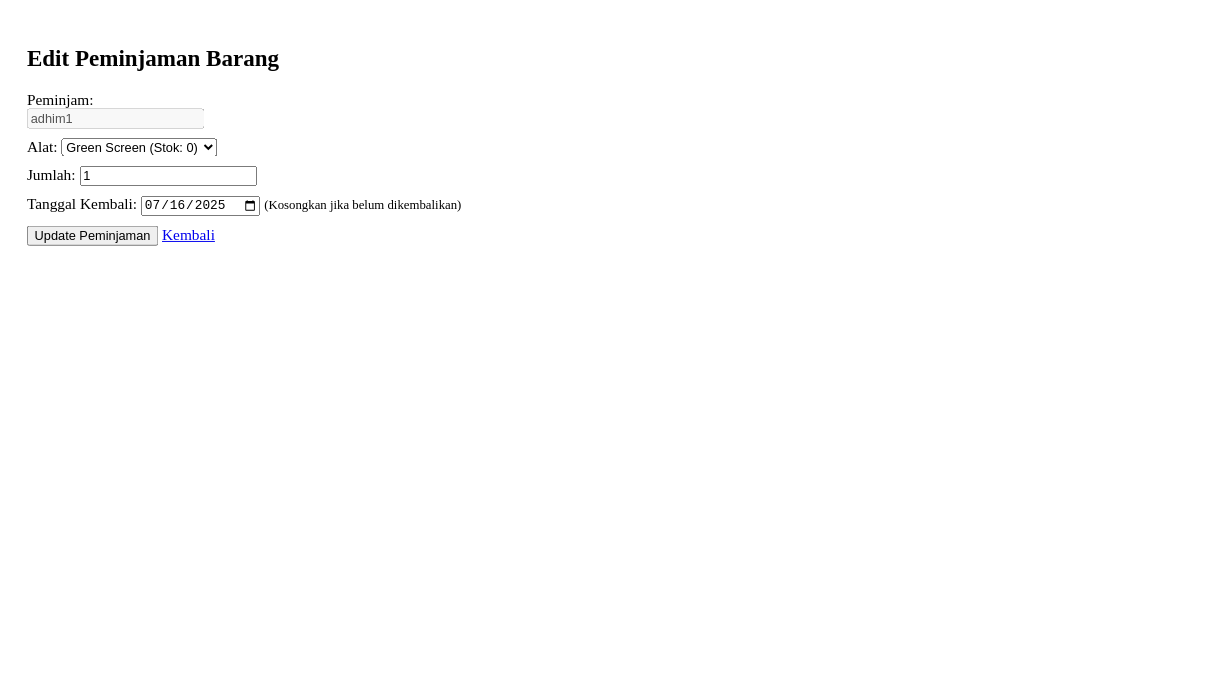
Repository: fatkquladhim/multimedia_app
Page: http://localhost/admin/peminjaman/edit-barang-peminjaman.php?id=10
An editor plug-in stored every save of this project. The page is shown before and after the next save, followed by the edit.
The browser window is 1280 px wide. The pictures show the whole page, at 96% of full size.
Some web libraries are served in a nearby version. The page is run by PHP 8.4 with error messages shown; the project is at /var/www/html/. The session is filled in as if someone had signed in: {"user_id": 2, "username": "asep", "role": "admin"}. The database holds what the project's SQL file puts in it.

Above is the page before, as saved 2025-07-18 23:00:23.

After the next save:
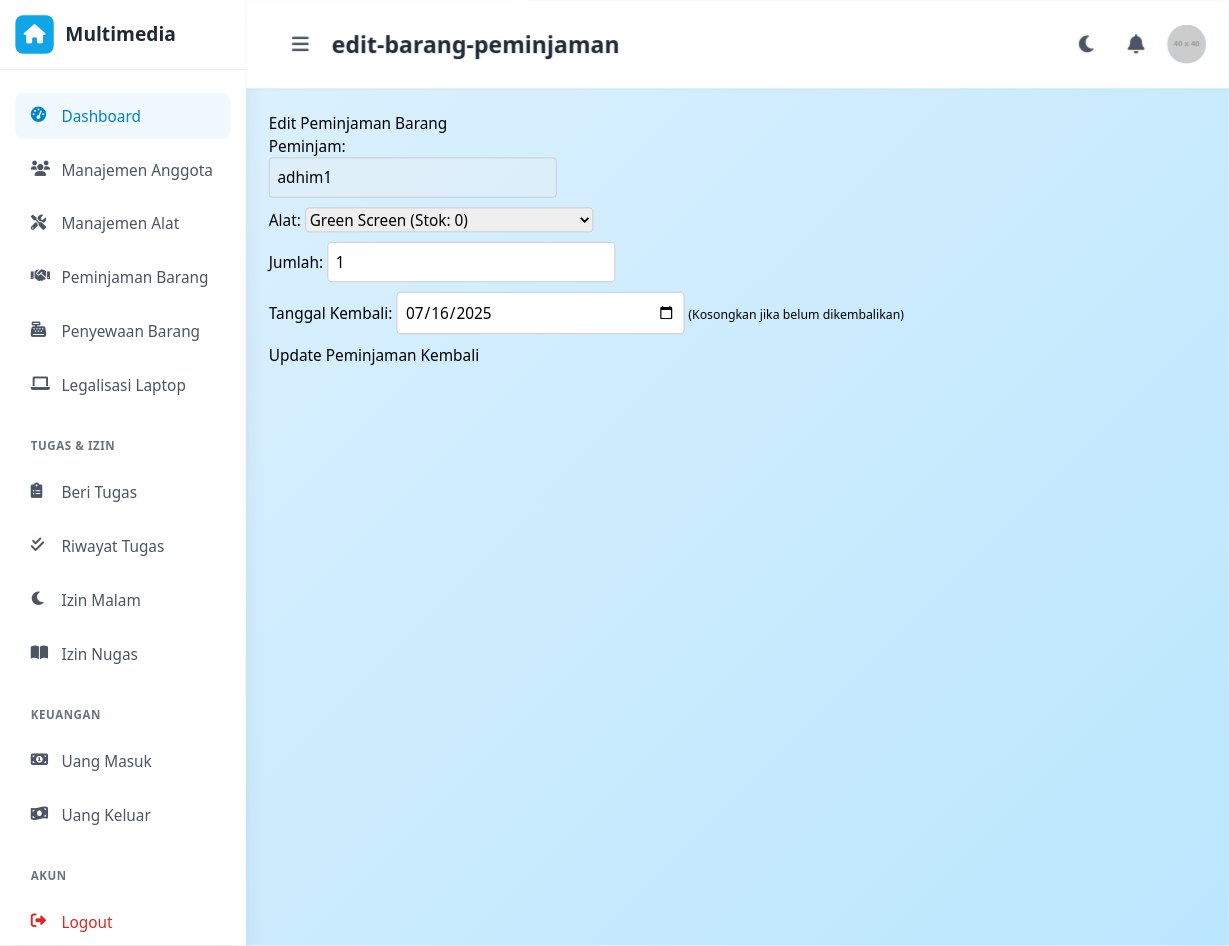
Saved 27 s later.
--- a/admin/peminjaman/edit-barang-peminjaman.php
+++ b/admin/peminjaman/edit-barang-peminjaman.php
@@ -79,21 +79,8 @@ if ($_SERVER['REQUEST_METHOD'] === 'POST') {
         exit;
     }
 }
+include '../header.php'; // Path relatif dari 'anggota/'
 ?>
-
-<!DOCTYPE html>
-<html>
-<head>
-    <title>Edit Peminjaman Barang</title>
-    <style>
-        .container { padding: 20px; }
-        .form-group { margin-bottom: 10px; }
-        .alert { padding: 10px; margin-bottom: 10px; border-radius: 4px; }
-        .alert-success { background-color: #d4edda; color: #155724; }
-        .alert-danger { background-color: #f8d7da; color: #721c24; }
-    </style>
-</head>
-<body>
     <div class="container">
         <h2>Edit Peminjaman Barang</h2>
 
